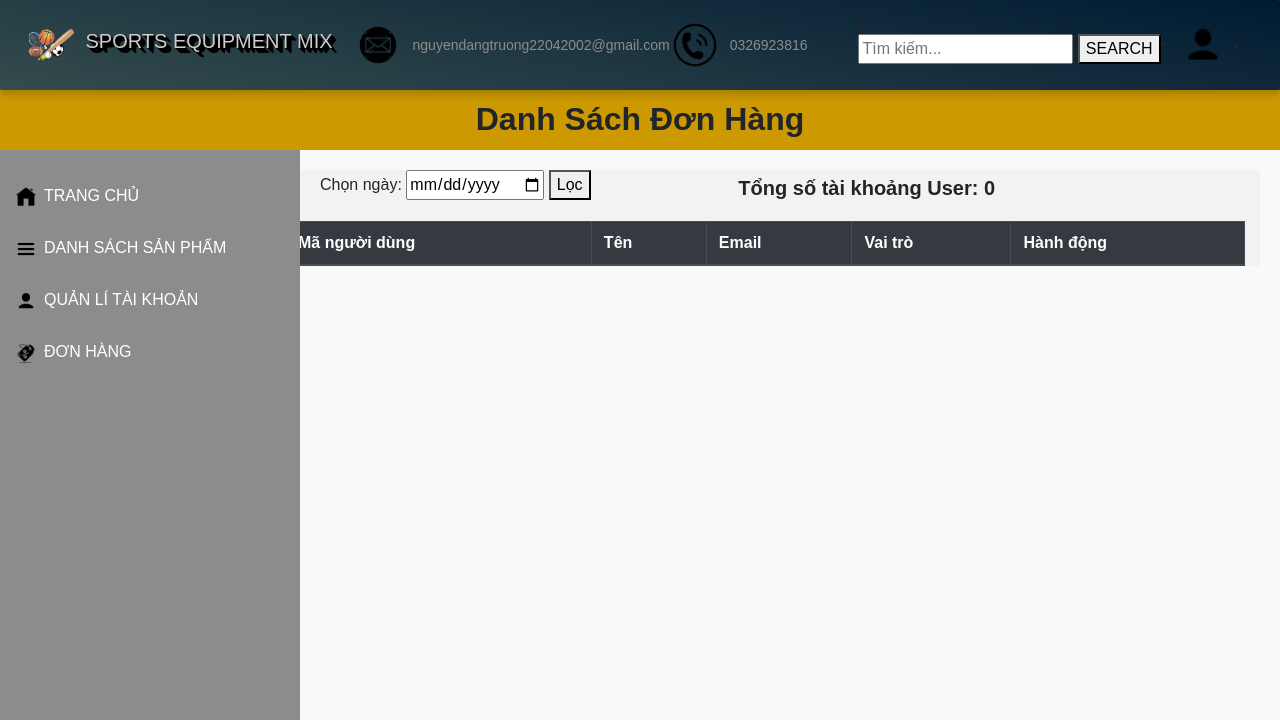
Repository: nguyendangtruong220420002/WWW-BanDungCuThietBiTheThao
Page: http://localhost/WebBanDungCuTheThao/QuanLy/DanhSachUser.jsp
The author's editor kept a copy of each file at every save. The page is drawn from the files as they stood at one save, then again after the next save.
The browser window is 1280 px wide. The pictures show the whole page.
The page is served by Tomcat 10.

Above is the page before, as saved 2024-07-22 09:00:35.

After the next save:
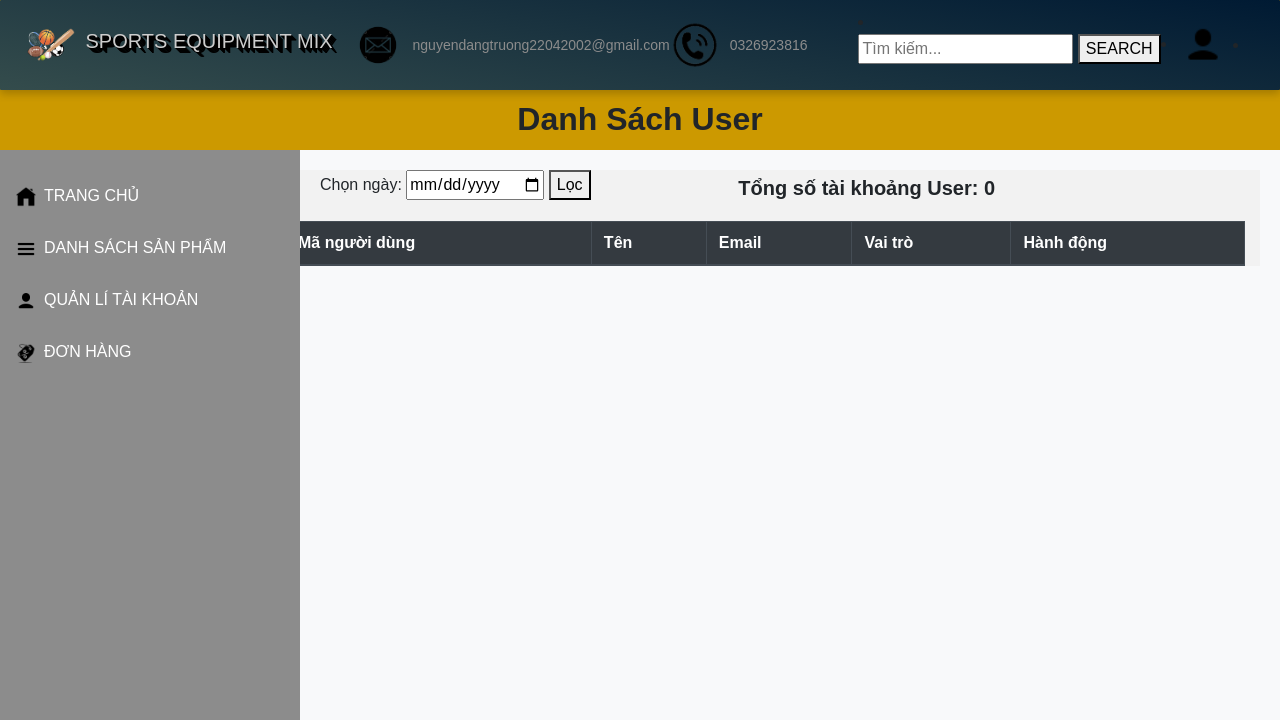
Saved 24 s later.
--- a/WebBanDungCuTheThao/src/main/webapp/QuanLy/DanhSachUser.jsp
+++ b/WebBanDungCuTheThao/src/main/webapp/QuanLy/DanhSachUser.jsp
@@ -290,7 +290,7 @@ main {
 			</div>
 		</div>
 		<div style="text-align: center; margin-top: 10px">
-			<h2 style="font-weight: bold;">Danh Sách Đơn Hàng</h2>
+			<h2 style="font-weight: bold;">Danh Sách User</h2>
 		</div>
 	</header>
 	<nav class="sidebar">
